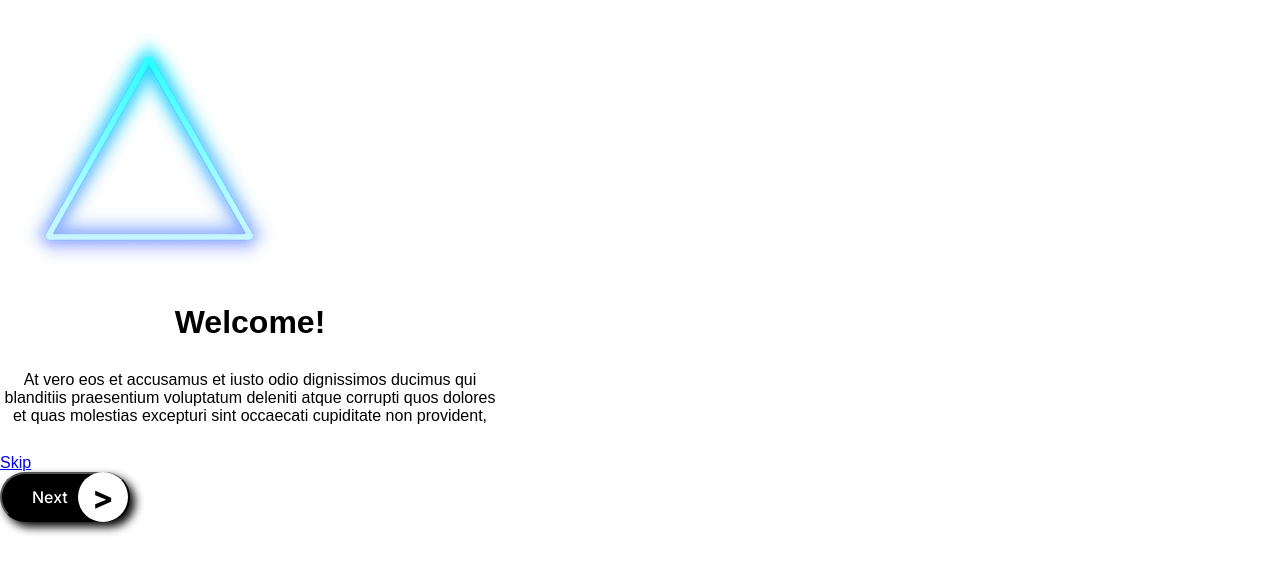
Repository: Cherced/virtualassistant
Page: /Welcome
An editor plug-in stored every save of this project. The page is shown before and after the next save, followed by the edit.
The browser window is 1280 px wide. The pictures show the whole page.
The project was rebuilt for these pictures with package versions that can differ from the ones it lists, and the page was loaded fresh each time. The framework's server and built-in components were replaced by stand-ins that run in the browser.

Above is the page before, as saved 2022-07-14 11:28:01.

After the next save:
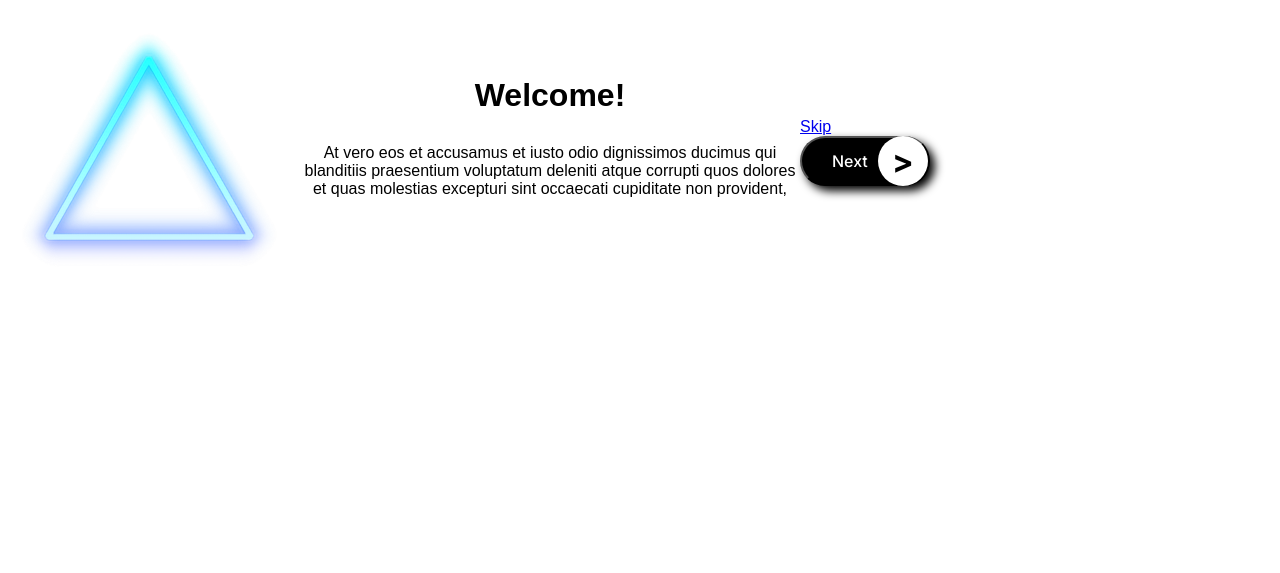
Saved 29 s later.
--- a/sass/pages/_welcome.scss
+++ b/sass/pages/_welcome.scss
@@ -1,4 +1,7 @@
 .welcome{
     width: 100%;
     height: 100%;
+    display: flex;
+    align-items: center;
+    justify-items: center;
 }
